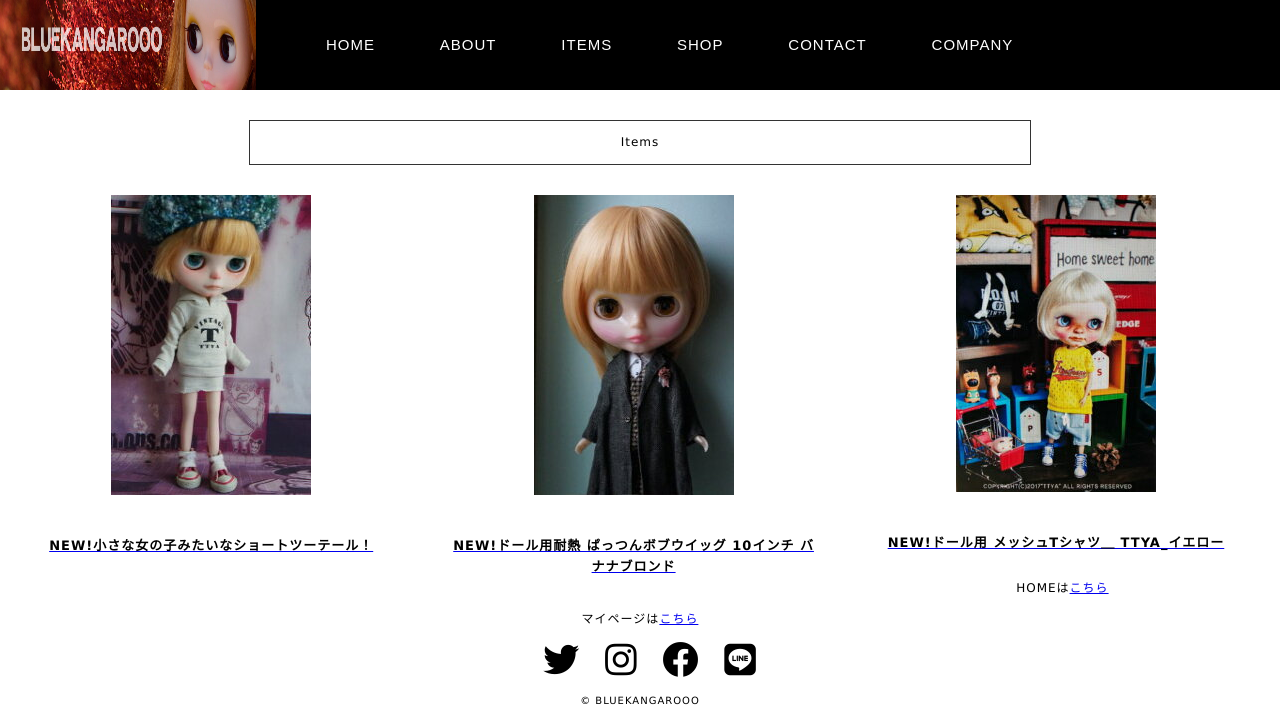
Repository: xiezom/test
Page: http://localhost/ecsite/items.jsp
These files come from the project's save history. The page is drawn as it stood at one moment and after the next save; the edit follows.
The browser window is 1280 px wide. The pictures show the whole page.
Some web libraries are served in a nearby version. The page is served by Tomcat 9.

Above is the page before, as saved 2019-03-22 07:35:16.

After the next save:
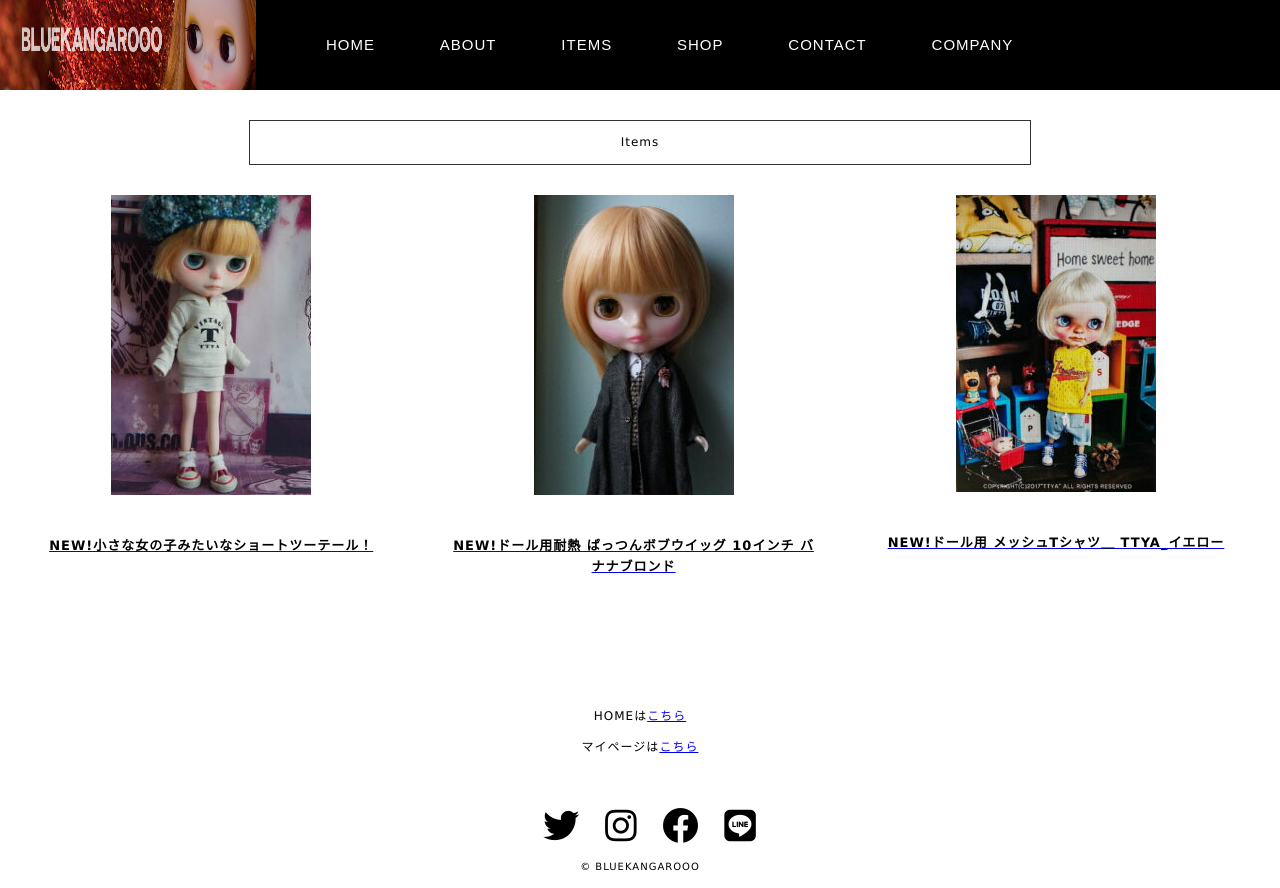
Saved 22 s later.
--- a/ecsite/WebContent/css/items_style.css
+++ b/ecsite/WebContent/css/items_style.css
@@ -60,7 +60,7 @@
 
 		.main-container {
 			width: 100%;
-			height: 300px
+			height: 500px
 		}
 
 		.entry {
@@ -75,6 +75,7 @@
 		}
 
 		.footer {
+			margin-top: 50px;
 			width:100%;
 			height: 80px;
 			clear: both;
